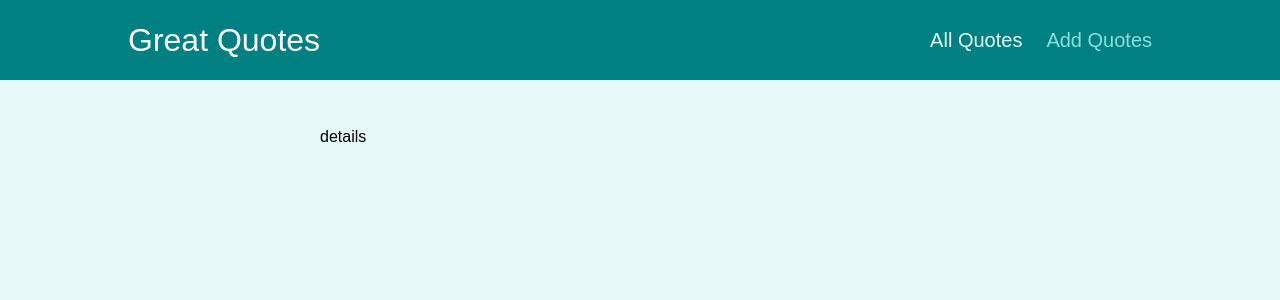
Repository: NamalPathirana/react-router-prac-two-demo
Page: /quotes/q1
These files come from the project's save history. The page is drawn as it stood at one moment and after the next save; the edit follows.
The browser window is 1280 px wide. The pictures show the whole page.
The project was rebuilt for these pictures with package versions that can differ from the ones it lists, and the page was loaded fresh each time. Also part of the build but not shown: src/components/pages/AddQuotes.js, src/components/pages/Quotes.js.

Above is the page before, as saved 2022-04-18 13:46:47.

### src/App.js
import { Fragment } from "react";
import { Redirect, Route, Switch } from "react-router-dom";
import Header from "./components/layout/Header";
import AddQuotes from "./components/pages/AddQuotes";
import QuotesDetails from "./components/pages/Quote-details";
import Quotes from "./components/pages/Quotes";
import classes from "./Layout.module.css";

function App() {
  return (
    <Fragment>
      <Header></Header>
      <main className={classes.main}>
        <Switch>
          <Route path="/" exact>
            <Redirect to="/quotes"></Redirect>
          </Route>
          <Route path="/quotes" exact>
            <Quotes></Quotes>
          </Route>
          <Route path="/quotes/:quoteID">
            <QuotesDetails></QuotesDetails>
          </Route>
          <Route path="/add-quotes" exact>
            <AddQuotes></AddQuotes>
          </Route>
        </Switch>
      </main>
    </Fragment>
  );
}

export default App;

### src/components/layout/Header.js
import { NavLink } from "react-router-dom";
import classes from "./MainNavigation.module.css";

const Header = () => {
  return (
    <header className={classes.header}>
      <p className={classes.logo}>Great Quotes</p>
      <nav className={classes.nav}>
        <ul>
          <li>
            <NavLink activeClassName={classes.active} to="/quotes">All Quotes</NavLink>
          </li>
          <li>
            <NavLink activeClassName={classes.active} to="/add-quotes">Add Quotes</NavLink>
          </li>
        </ul>
      </nav>
    </header>
  );
};

export default Header;

### src/components/pages/Quote-details.js
import { Fragment } from "react";


const QuotesDetails = () => {
    return <Fragment>
        <p>details</p>
    </Fragment>
}

export default QuotesDetails;

Loaded but not shown: public/index.html (common file); src/index.js (common file); src/index.css (common file); src/Layout.module.css (common file); src/components/layout/MainNavigation.module.css (common file)

After the next save:
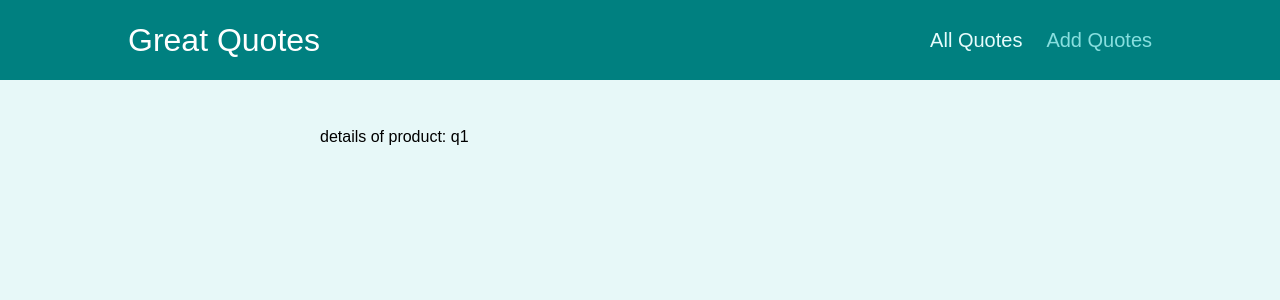
Saved 107 s later.
--- a/src/components/pages/Quote-details.js
+++ b/src/components/pages/Quote-details.js
@@ -1,9 +1,13 @@
 import { Fragment } from "react";
+import { useParams } from "react-router-dom";
 
 
 const QuotesDetails = () => {
+
+    const params = useParams();
+
     return <Fragment>
-        <p>details</p>
+        <p>details of product: {params.quoteID}</p>
     </Fragment>
 }
 
